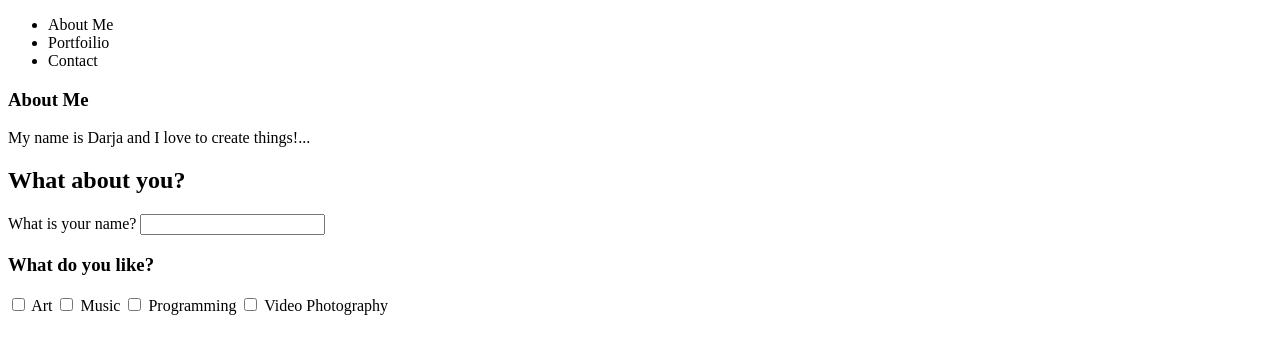
Repository: holyygreg/PortfolioProject
Page: code files/index.html
The author's editor kept a copy of each file at every save. The page is drawn from the files as they stood at one save, then again after the next save.
The browser window is 1280 px wide. The pictures show the whole page.

Above is the page before, as saved 2024-08-02 16:03:45.

After the next save:
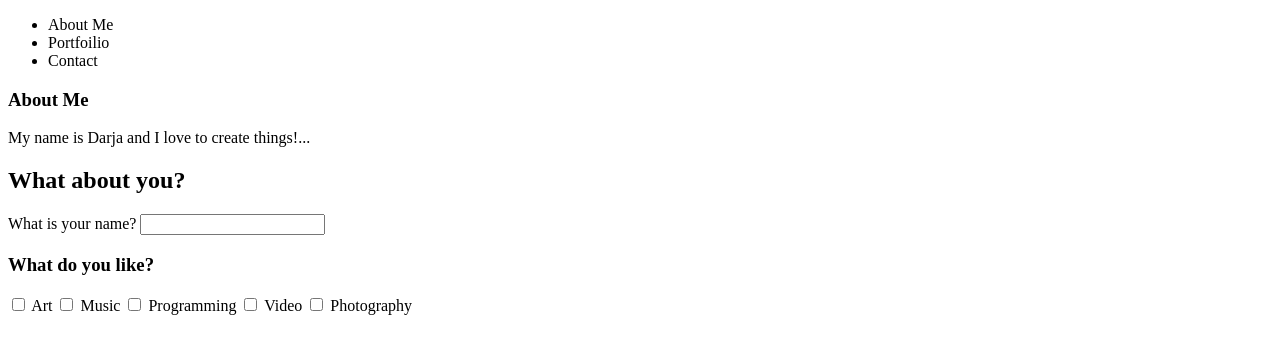
Saved 8 s later.
--- a/code files/index.html
+++ b/code files/index.html
@@ -39,6 +39,7 @@
         <label for="hobby3">Programming</label>
         <input type="checkbox" id="hobby4" name="hobby4" value="video">
         <label for="hobby4">Video</label>
+        <input type="checkbox" id="hobby4" name="hobby4" value="video">
         <label value="photo">Photography</label>
 
     </section>
